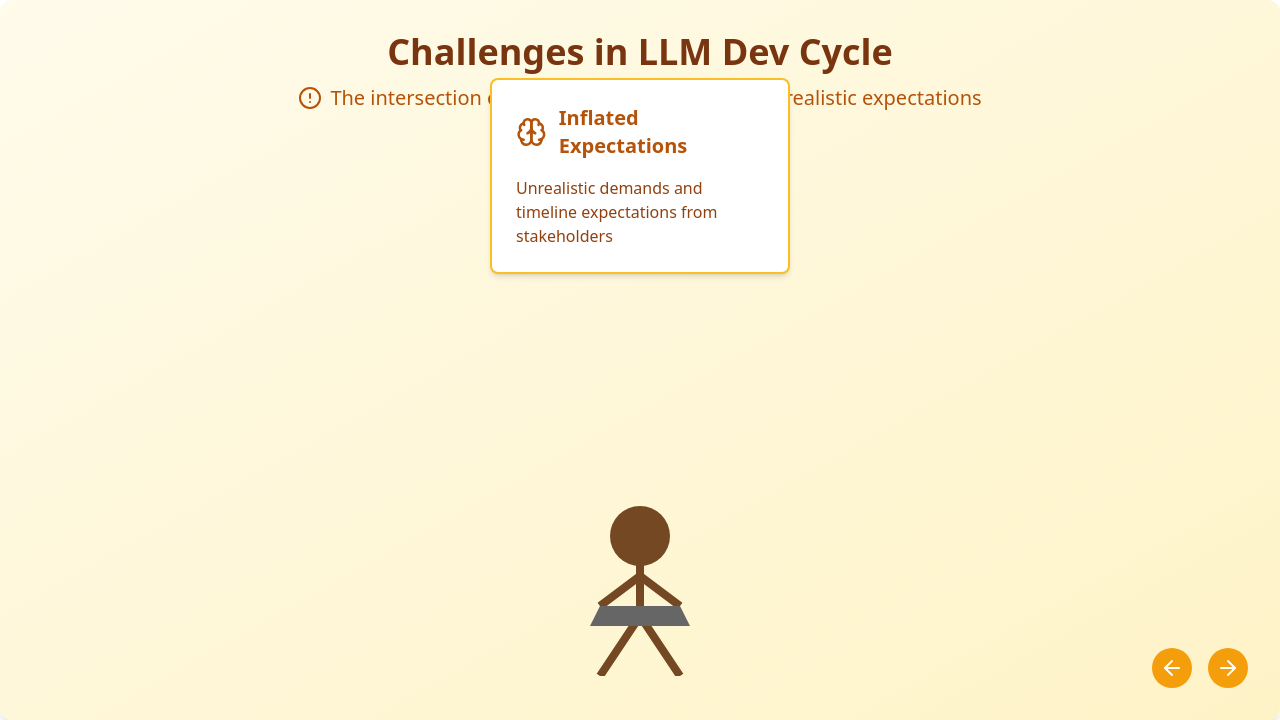
Repository: Galbaz1/dell_presentation
Page: /slide2
The author's editor kept a copy of each file at every save. The page is drawn from the files as they stood at one save, then again after the next save.
The browser window is 1280 px wide. The pictures show the whole page.
The project was rebuilt for these pictures with package versions that can differ from the ones it lists, and the page was loaded fresh each time. The framework's server and built-in components were replaced by stand-ins that run in the browser. Also part of the build but not shown: styles/animations/slide1.css, styles/animations/slide2.css.

Above is the page before, as saved 2024-11-11 16:04:39.

After the next save:
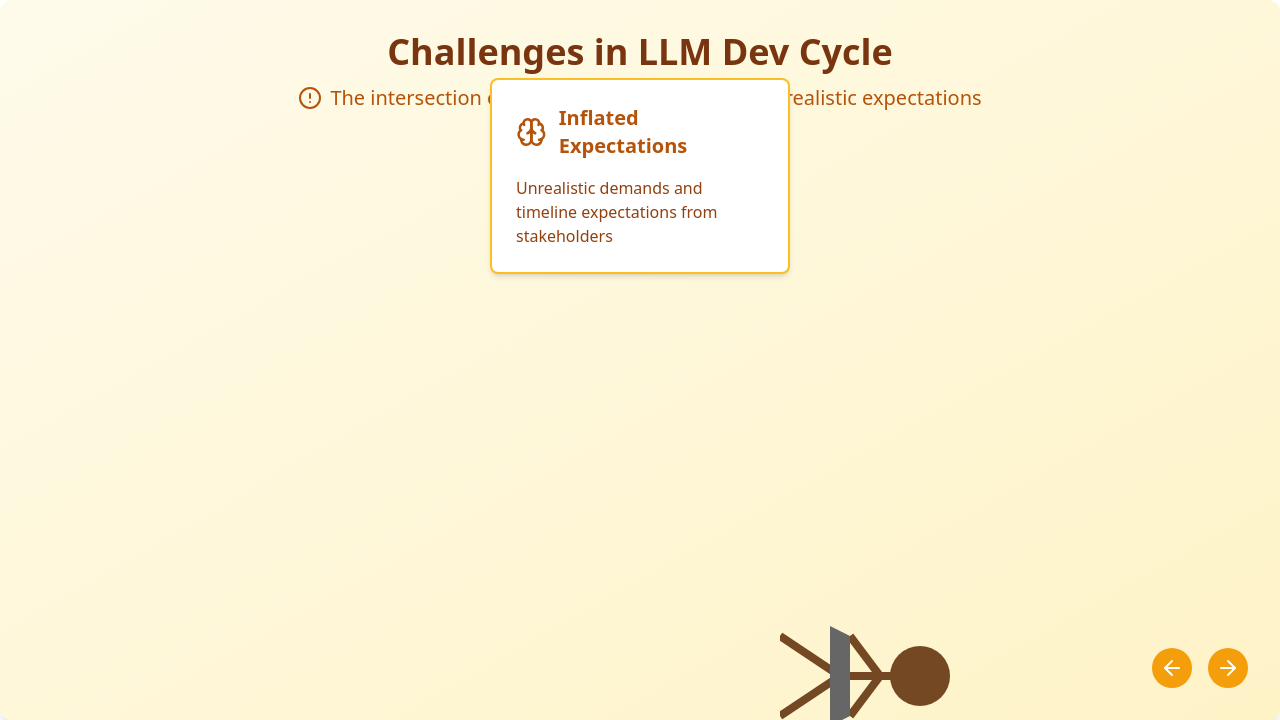
Saved 5 s later.
--- a/pages/slide2.tsx
+++ b/pages/slide2.tsx
@@ -32,7 +32,7 @@ const Slide2: React.FC = () => {
         </div>
 
         {/* Developer Figure */}
-        <div className="absolute bottom-0 left-1/2 -translate-x-1/2">
+        <div className="absolute bottom-0 left-1/2 -translate-x-1/2 animate-developer-fall origin-bottom">
           <div className="relative w-[200px] h-[200px]">
             {/* Developer silhouette */}
             <svg viewBox="0 0 100 100" className="w-full h-full">
